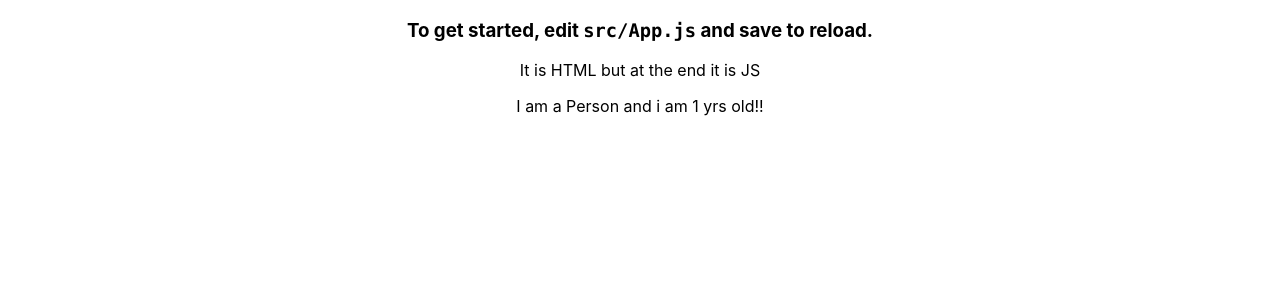
Repository: RohitMalik2/Rohit_react
Page: /
The author's editor kept a copy of each file at every save. The page is drawn from the files as they stood at one save, then again after the next save.
The browser window is 1280 px wide. The pictures show the whole page.
The project was rebuilt for these pictures with package versions that can differ from the ones it lists, and the page was loaded fresh each time.

Above is the page before, as saved 2019-10-12 14:11:59.

### src/App.js
import React, { Component } from 'react';
import './App.css';
import Person from './Person/Person';

class App extends Component {
  render() {
    return (
      <div className="App">
        <h3>
          To get started, edit <code>src/App.js</code> and save to reload.
        </h3>
        <p> It is HTML but at the end it is JS</p>
        <Person />
      </div>
    );
    /* return React.createElement('div', {className: 'App'}, React.createElement('h1', null, "Hey whts..up")); */
  }
}

export default App;

### src/Person/Person.js
import React from 'react'; // We need to import react bcz below JSX is converted
// to React element by React only

const person = () => {
    return <p>I am a Person and i am {Math.floor(Math.random(0.5)*2)} yrs old!!</p>;
}
export default person;

Loaded but not shown: public/index.html (common file); src/index.js (common file); src/index.css (common file); src/serviceWorker.js (common file); src/App.css (common file)

After the next save:
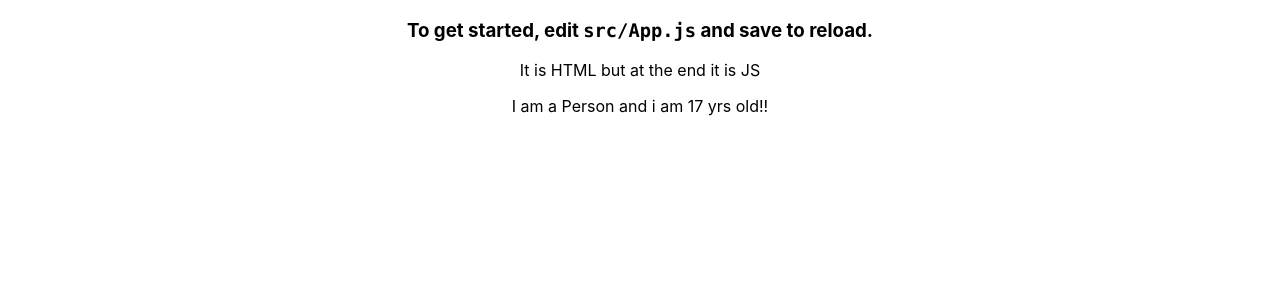
Saved 8 s later.
--- a/src/Person/Person.js
+++ b/src/Person/Person.js
@@ -2,6 +2,6 @@ import React from 'react'; // We need to import react bcz below JSX is converted
 // to React element by React only
 
 const person = () => {
-    return <p>I am a Person and i am {Math.floor(Math.random(0.5)*2)} yrs old!!</p>;
+    return <p>I am a Person and i am {Math.floor(Math.random(0.5)*20)} yrs old!!</p>;
 }
 export default person;
